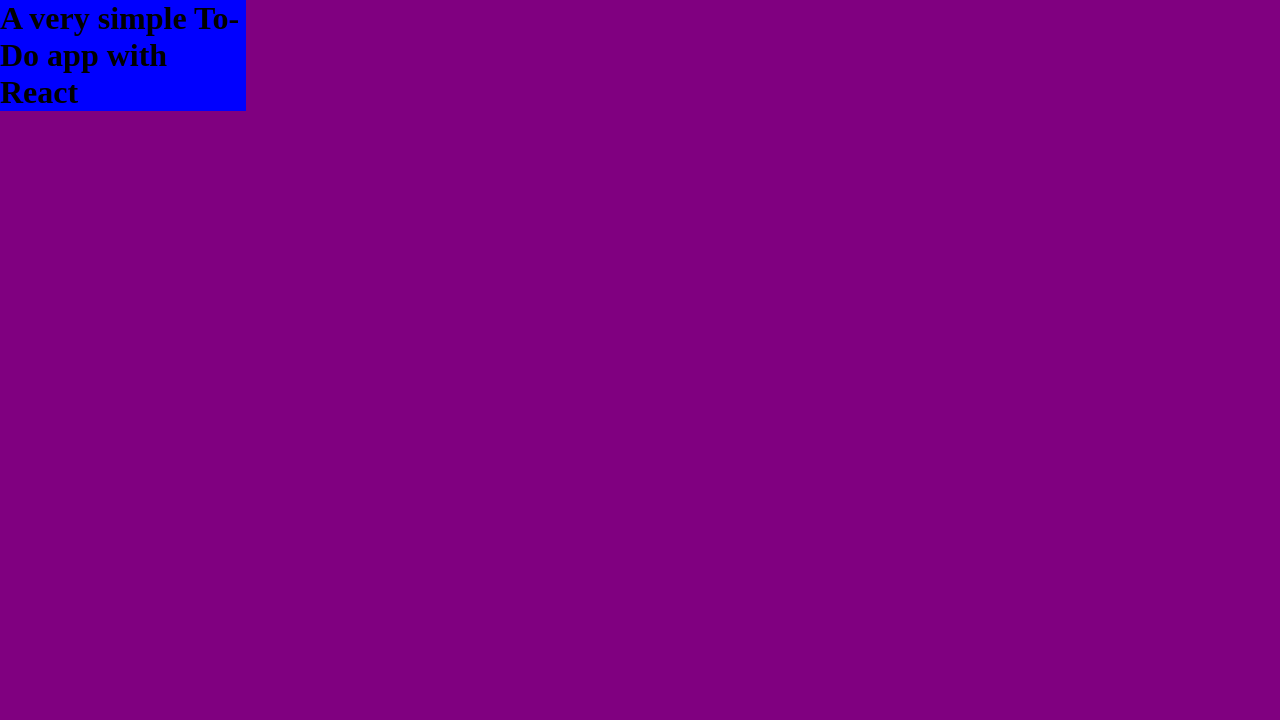
Repository: darioskpavoni/to-do-react
Page: /
These files come from the project's save history. The page is drawn as it stood at one moment and after the next save; the edit follows.
The browser window is 1280 px wide. The pictures show the whole page.
The project was rebuilt for these pictures with package versions that can differ from the ones it lists, and the page was loaded fresh each time. Also part of the build but not shown: vite.config.ts.

Above is the page before, as saved 2023-03-19 23:42:02.

### index.html
<!DOCTYPE html>
<html lang="en">
  <head>
    <meta charset="UTF-8" />
    <link rel="icon" type="image/svg+xml" href="/react.svg" />
    <meta name="viewport" content="width=device-width, initial-scale=1.0" />
    <title>To-Do App - React</title>
  </head>
  <body>
    <div id="root"></div>
    <script type="module" src="/src/main.tsx"></script>
  </body>
</html>

### src/App.tsx
import { useState } from "react";
import "./App.css";

function App() {
  return (
    <div className="App">
      <h1>A very simple To-Do app with React</h1>
    </div>
  );
}

export default App;

### src/index.css
* {
  margin: 0;
  padding: 0;
}

#root {
  height: 100%;
  width: 100%;
}

:root {
  background-color: purple;
  display: flex;
  /* flex-direction: column;
  align-items: center; */
}

### src/App.css
.App {
  height: 100%;
  width: 50%;
  background-color: blue;
}

Loaded but not shown: src/main.tsx (common file)

After the next save:
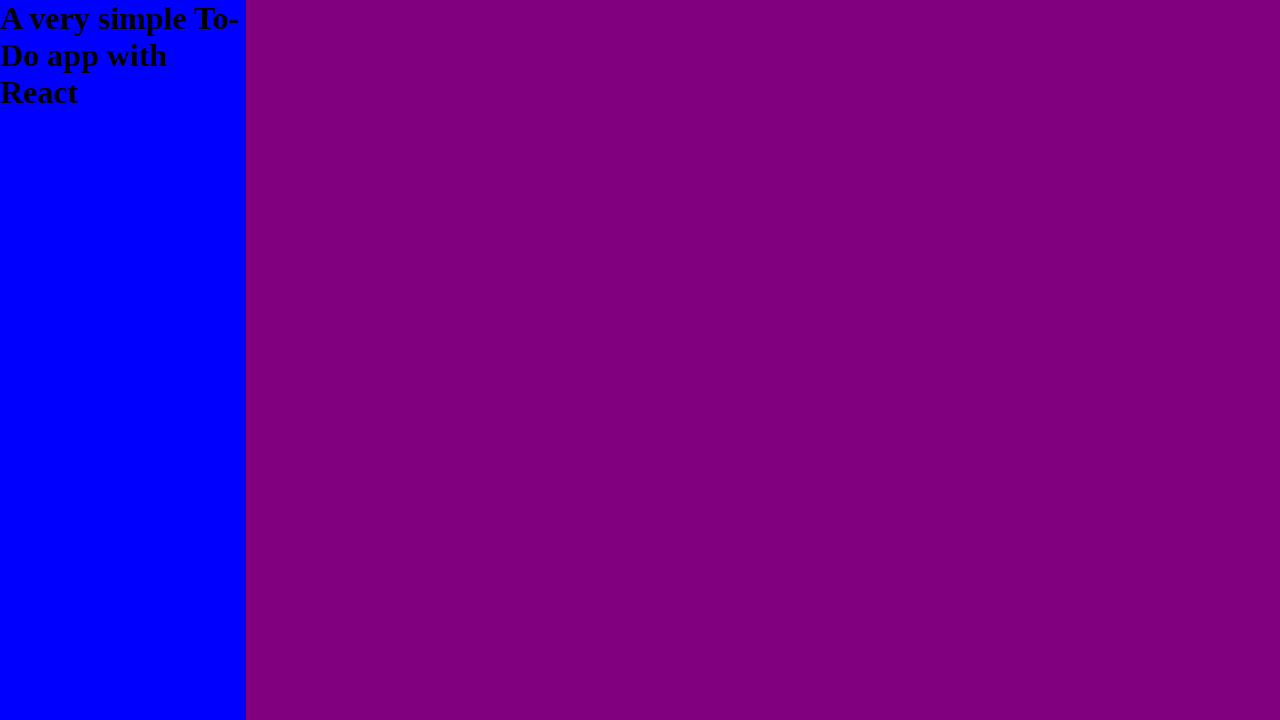
Saved 5 s later.
--- a/src/index.css
+++ b/src/index.css
@@ -3,6 +3,7 @@
   padding: 0;
 }
 
+:root,
 #root {
   height: 100%;
   width: 100%;
